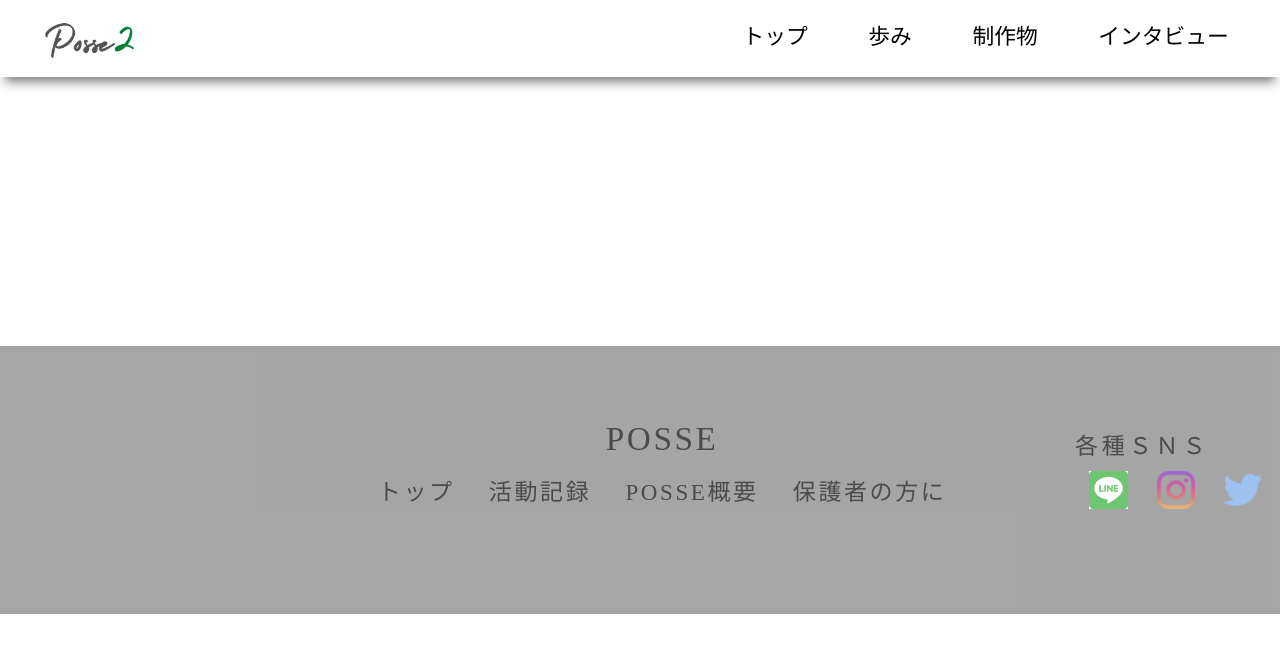
Repository: posse-ap/posse2-hackathon-202202-team2A
Page: topPage/index.html
The author's editor kept a copy of each file at every save. The page is drawn from the files as they stood at one save, then again after a run of saves.
The browser window is 1280 px wide. The pictures show the whole page.

Above is the page before, as saved 2022-02-15 02:41:34.

### topPage/index.html
<!DOCTYPE html>
<html lang="en">

<head>
    <meta charset="UTF-8" />
    <meta http-equiv="X-UA-Compatible" content="IE=edge" />
    <meta name="viewport" content="width=device-width, initial-scale=1.0" />
    <title>Document</title>
    <link rel="stylesheet" href="/reset.css" />
    <link rel="stylesheet" href="/topPage/style.css" />
</head>

<body>
    <!-- <header id="header" class="header">
        <div class="header_content">
            <div class="header_title">
                <img src="/topPage images/S__31211608.jpg" alt="" class="header_title_img">
            </div>
            <div class="header_links">
                <ul>
                    <li><a href="">トップページ</a></li>
                    <li><a href="">活動記録</a></li>
                    <li><a href="">日常の記録</a></li>
                    <li><a href="">保護者の方へ</a></li>
                </ul>
            </div>
        </div>
    </header> -->

    <header id="header" class="header">
        <div class="header_content">
            <div class="header_title">
                <img src="/topPage images/S__31211608.jpg" alt="" class="header_title_img">
            </div>
            <!-- ①サイトタイトル -->
            <div class="nav-wrapper header_links">
                <!-- ②ナビゲーションメニュー -->
                <nav class="header-nav">
                    <ul class="nav-list">
                        <li class="nav-item">
                            <a href="">トップ</a>
                        </li>
                        <li class="nav-item">
                            <a href="">歩み</a>
                        </li>
                        <li class="nav-item">
                            <a href="">制作物</a>
                        </li>
                        <li class="nav-item">
                            <a href="">インタビュー</a>
                        </li>
                    </ul>
                </nav>
            </div>
            <button class="burger-btn">
                <!-- ③ハンバーガーボタン -->
                <span class="bar bar_top"></span>
                <span class="bar bar_mid"></span>
                <span class="bar bar_bottom"></span>
            </button>
        </div>
    </header>



    <footer class="footer">
        <div class='footer_box'>
            <div class="footer_box1">
                <div class='footer_official_box'>
                    <label for="logo"><p>POSSE</p></label>
                    <!-- <a id='logo'  href="https://posse.anti-pattern.co.jp/"><img class='posse_logo_footer' src="img\posseLogo.png" alt="ポッセロゴ"></a> -->
                </div>
                <div class='footer_other_box'>
                    <div class='footer_page_in_site'>
                        <a href="">トップ</a>
                        <a href="">活動記録</a>
                        <a href="">POSSE概要</a>
                        <a href="">保護者の方に</a>
                    </div>
                </div>
            </div>
            <div class='SNS'>
                <p>各種ＳＮＳ</p>
                <div class='SNS_box'>
                    <a href=""><img src="/topPage images/LINE.png" alt=""></a>
                    <a href="https://instagram.com/posse_programming?utm_medium=copy_link"><img src="/topPage images/instagram2.png" alt="instagram"></a>
                    <a href="https://twitter.com/posse_program?s=20"><img src="/topPage images/twitter2.png" alt="twitter"></a>
                </div>
            </div>
        </div>
    </footer>

    <script src="https://ajax.googleapis.com/ajax/libs/jquery/3.6.0/jquery.min.js"></script>
    <script src="/topPage/script.js"></script>
</body>

</html>

### topPage/style.css
html {
    font-size: 1vw;
}

body {
    text-align: center;
    margin: 0 auto;
    font-family: "ヒラギノ丸ゴ Pro W4", "ヒラギノ丸ゴ Pro", "Hiragino Maru Gothic Pro", "ヒラギノ角ゴ Pro W3", "Hiragino Kaku Gothic Pro", "HG丸ｺﾞｼｯｸM-PRO", "HGMaruGothicMPRO";
}

.header_content {
    width: 95%;
    height: 90%;
    display: flex;
    justify-content: space-between;
    opacity: 1;
    margin: 0 6rem 0.3rem 1rem;
}

.header_title {
    display: flex;
}

.header_title_img {
    display: block;
    width: 12rem;
    height: 4rem;
    opacity: 1;
}



.header_links {
    width: 40%;
    padding: 1rem 0 0 0;
}

.header_links ul {
    display: flex;
    justify-content: space-between;
}

.header_links li a {
    display: block;
    color: black;
    text-decoration: none;
    font-size: 1.7rem;
}

.header_links li a:hover {
    opacity: 0.4;
    transform: translate(0, -5px);
}


.header {
    width: 100%;
    height: 6rem;
    background: white;
    position: fixed;
    top: 0;
    left: 0;
    padding-top: 1.1rem;
    box-sizing: border-box;
    z-index: 5;
    box-shadow: 0px 10px 10px -5px rgba(0, 0, 0, 0.5);
}

.SNS_box{
    width: 150%;
}


/* -------------------- */
/* header
  /* -------------------- */
/* .header {
    align-items: center;
    background-color: #1b1310;
    border-bottom: 1px solid #fff;
    color: #fff;
    display: flex;
    height: 74px;
    justify-content: space-between;
    padding: 0 120px;
} */

/* .nav-list {

    display: flex;
} */

/* .nav-item {

    margin-right: 55px;
} */

.burger-btn {
    display: none;
}

/* ------------------ */
/* fv
  /* ------------------ */
.fv {
    align-items: center;
    background-color: #141414;
    background-image: url(../img/fv-bgi@2x.jpg);
    background-position: center;
    background-size: cover;
    display: flex;
    flex-direction: column;
    height: 90vh;
    justify-content: center;
}

/* .main-copy {
    border: 2px solid #fff;
    color: #fff;
    font-size: 50px;
    font-weight: bold;
    padding: 34px 42px;
} */

/* ------------------ */
/* about
  /* ------------------ */
.section-title {
    font-size: 36px;
    font-weight: bold;
    letter-spacing: .05em;
    margin-bottom: 70px;
    text-align: center;
}

h3 {
    font-size: 2.4rem;
    font-weight: bold;
    letter-spacing: .1em;
    line-height: 2;
    margin-bottom: 40px;
}

.section-wrapper {
    padding: 100px 10% 50px;
}

@media screen and (min-width:541px) and (max-width:1024px) {
    .header{
        height: 10rem;
    }

    .header_content{
        padding-top: 2rem;
    }

    .header_title_img{
        width: 100%;
        height: 70%;
    }

    .header_links li a{
        font-size: 2.7rem;
        margin-top: 0;
    }

    .header_links{
        width: 50%;
    }
}

@media screen and (max-width:540px) {

    /* ----------------------- */
    /* base_sp
    /* ----------------------- */
    /* デフォルトのbuttonスタイルをリセット */
    button {
        -webkit-appearance: none;
        -moz-appearance: none;
        appearance: none;
        background: transparent;
        border: 0;
        border-radius: 0;
        color: inherit;
        cursor: pointer;
        font: inherit;
        margin: 0;
        outline: none;
        padding: 0;
        vertical-align: middle;
    }

    /* ------------------ */
    /* humberger-menu */
    /* ------------------ */
    .header {
        padding: 0;
        height: 15rem;
    }

    .header_title_img{
        margin-top: 2rem;
        width: 30rem;
        height: 10rem;
    }

    /* 以下、ハンバーガーボタン */
    .burger-btn {
        display: block;
        height: 22%;
        position: relative;
        width: 20%;
        z-index: 3;
        /* codepenの挙動のため */
        background-color: transparent;
        border: none;
        margin-top: 6rem;
    }



    .bar {
        background-color: black;
        display: block;
        height: 0.1rem;
        left: 50%;
        position: absolute;
        transform: translateX(-50%);
        width: 7rem;
    }

    .bar_top {
        top: 3rem;
    }

    .bar_mid {
        top: 50%;
        transform: translate(-50%, -50%);
    }

    .bar_bottom {
        bottom: 3rem;
    }

    .burger-btn.close{
        margin-top: 8.4rem;
    }

    .burger-btn.close .bar_top {
        transform: translate(-50%,-4.3rem) rotate(45deg);
        transition: transform .3s;
    }

    .burger-btn.close .bar_mid {
        opacity: 0;
        transition: opacity .3s;
    }

    .burger-btn.close .bar_bottom {
        transform: translate(-50%, -1rem) rotate(-45deg);
        transition: transform .3s;
    }

    /* スクロール制御 */
    .noscroll {
        overflow: hidden;
    }

    /* 以下、ハンバーガーメニュー */
    .nav-wrapper {
        visibility: hidden;
        height: 100vh;
        left: 0;
        position: fixed;
        top: 0;
        width: 100vw;
        opacity: 0;
        transition: opacity .5s;
        z-index: 2;
        /*キービジュアルと.btn_triggerとの重なりの前後関係を調整*/
    }

    .header-nav {
        background-color: white;
        height: 100%;
        width: 100%;
        z-index: 2;
    }

    .header_links ul{
        display: block;
    }

    .nav-list {
        display: block;
        left: 50%;
        position: absolute;
        text-align: center;
        top: 50%;
        transform: translate(-50%, -50%);
    }

    .nav-item {
        margin-bottom: 40px;
        margin-right: 0;
    }

    .header_links li a{
        font-size: 5rem;
    }

    /* メニューオープン時 */
    .nav-wrapper.fade {
        opacity: 1;
        visibility: visible;
    }

    /* ------------------ */
    /* fv */
    /* ------------------ */
    .main-copy {
        font-size: 30px;
    }

    /* ------------------ */
    /* about */
    /* ------------------ */
    h3 {
        font-size: 20px;
        margin-bottom: 30px;
    }

    .section-wrapper {
        padding: 100px 5% 50px;
    }
}

/* ふったー */
.footer {
    background-color: grey;
    opacity: 0.7;
}

.footer_box {
    width: 75%;
    height: 15rem;
    display: flex;
    justify-content: space-around;
    padding: 6rem 0 0 0;
    position: relative;
    right: -23%;
    margin-top: 27rem;
}

.footer_official_box label p {
    color: black;
    font-size: 2.6rem;
    letter-spacing: 0.2rem;
}

.footer_official_box label p:hover {
    opacity: 0.4;
    transform: translate(0, -5px);
}

.footer_page_in_site a {
    color: black;
    text-decoration: none;
    font-size: 1.8rem;
    letter-spacing: 0.2rem;
}

.footer_page_in_site a:hover {
    opacity: 0.4;
    transform: translate(0, -5px);
}

.SNS {
    width: 14%;
}

.SNS_box a {
    margin: 1rem;
}

.SNS_box a img {
    width: 3rem;
    height: 3rem;
}

.SNS_box a :hover {
    opacity: 0.4;
    transform: translate(0, -5px);
}

.SNS p {
    color: black;
    font-size: 1.8rem;
    margin: 1rem 0;
    letter-spacing: 0.3rem;
}

/* .SNS p:hover {
    opacity: 0.4;
    transform: translate(0, -5px);
} */

.posse_logo_footer {
    width: 80%;
    height: 40%;
}

.footer_other_box {
    font-size: 1.5rem;
    letter-spacing: 0.3rem;
    margin: 2rem;
}

.footer_page_in_site a {
    margin: 0 1rem;
}

@media screen and (min-width:541px) and (max-width:1024px) {
    .footer{
        height: 30rem;
    }

    .footer_official_box label p{
        font-size: 7rem;
    }

    .SNS p{
        display: block;
        margin: 3rem auto;
        font-size: 3rem;
        white-space: nowrap
    }

    .footer_page_in_site a{
        font-size: 3rem;
    }

    .footer_box{
        display: block;
        right: -13%;
    }

    .SNS{
        margin: 0 auto;
        width: 100%;
    }


    .footer_official_box label p{
        font-size: 4rem;
    }

    .SNS_box a img {
        width: 5rem;
        height: 5rem;
    }
}


@media screen and (max-width:540px) {
    .footer_box {
        display: block;
        height: 20rem;
        margin:  20rem 0;
        right: -5%;
        width: 90%;
    }

    .footer_official_box label p{
        font-size: 10rem;
    }

    .footer_page_in_site a{
        font-size: 5rem;
        display: block;
    }

    .footer_page_in_site{
        display: block;
        line-height: 7rem;
    }

    .footer{
        height: 70rem;
    }

    .SNS{
        margin: 0 auto;
        width: 100%;
    }

    .SNS p{
        display: block;
        width: 50rem;
        margin: 3rem auto;
        font-size: 7rem;
        white-space: nowrap
    }

    .SNS_box a img {
        width: 7rem;
        height: 7rem;
    }
}

### topPage/script.js
$('.burger-btn').on('click', function () {//.btn_triggerをクリックすると
    $('.burger-btn').toggleClass('close');//.btn_triggerにcloseクラスを付与(ボタンのアニメーション)
    $('.nav-wrapper').toggleClass('fade');//.nav-wrapperに
    $('body').toggleClass('noscroll');//bodyにnoscrollクラスを付与(スクロールを固定)
});

Loaded but not shown: reset.css (common file)

After the next 2 saves:
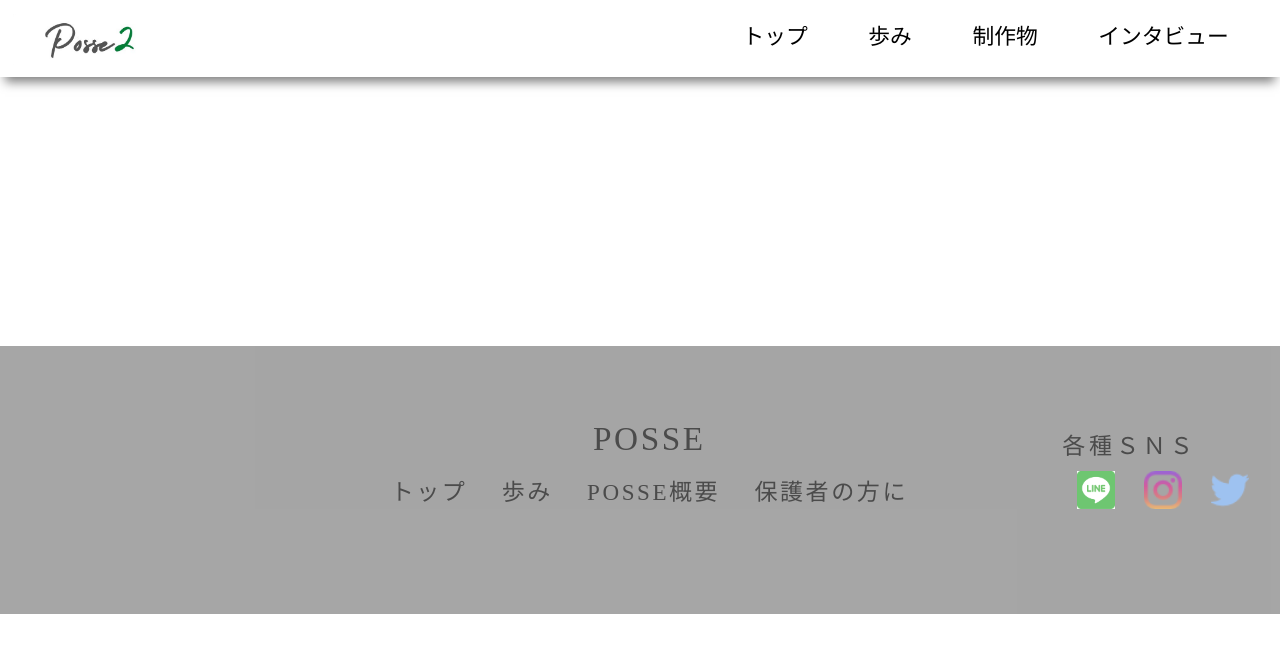
The 2 saves are shown as one change because they came seconds apart.
The last was saved 36 s later.
--- a/topPage/index.html
+++ b/topPage/index.html
@@ -73,7 +73,7 @@
                 <div class='footer_other_box'>
                     <div class='footer_page_in_site'>
                         <a href="">トップ</a>
-                        <a href="">活動記録</a>
+                        <a href="">歩み</a>
                         <a href="">POSSE概要</a>
                         <a href="">保護者の方に</a>
                     </div>
